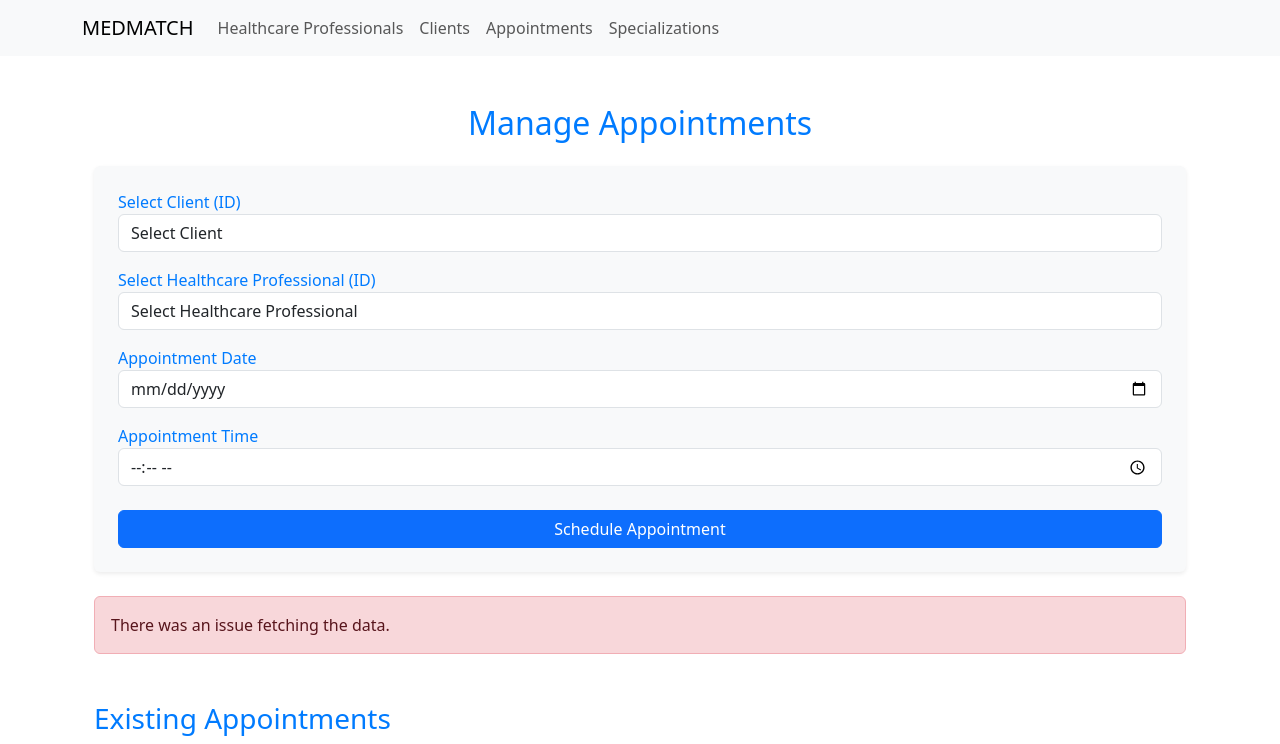
Repository: fahma20/medmatch-platform
Page: /appointments (app in client/)
These files come from the project's save history. The page is drawn as it stood at one moment and after the next save; the edit follows.
The browser window is 1280 px wide. The pictures show the whole page.
The page's requests for data from a server got no answer. The project was rebuilt for these pictures with package versions that can differ from the ones it lists, and the page was loaded fresh each time. No one was signed in, and anything a server would have sent is missing. Also part of the build but not shown: client/src/components/Healthcareprofessionals.js, client/src/components/Specializations.js, client/src/components/Clients.js, client/src/components/Homepage.js.

Above is the page before, as saved 2025-01-31 09:29:14.

### client/src/index.js
import React from "react";
import ReactDOM from "react-dom";
import App from './components/App';  // Correct path to the App component


ReactDOM.render(
  <React.StrictMode>
    <App />
  </React.StrictMode>,
  document.getElementById("root")
);

### client/src/components/App.js
import React from 'react';
import { BrowserRouter as Router, Routes, Route } from 'react-router-dom';
import 'bootstrap/dist/css/bootstrap.min.css';

import HealthcareProfessionals from './Healthcareprofessionals'; // Ensure the correct name and casing
import Specializations from './Specializations';
import Appointments from './Appointments';
import Clients from './Clients';
import Navbar from './Navbar';
import HomePage from './Homepage'; // Corrected import to HomePage

const App = () => {
  return (
    <Router>
      <Navbar /> {/* Your Navbar component */}
      <div className="container mt-5">
        <Routes>
          {/* Add HomePage as the route for the root path */}
          <Route path="/" element={<HomePage />} /> {/* Home Page */}
          <Route path="/clients" element={<Clients />} />
          <Route path="/appointments" element={<Appointments />} />
          <Route path="/specializations" element={<Specializations />} />
          <Route path="/healthcare-professionals" element={<HealthcareProfessionals />} /> {/* Healthcare Professionals Page */}
        </Routes>
      </div>
    </Router>
  );
};

export default App;

### client/src/components/Appointments.js

/*
import React, { useState, useEffect } from 'react';
import { Formik, Field, Form, ErrorMessage } from 'formik';
import * as Yup from 'yup';

const Appointments = () => {
  const [appointments, setAppointments] = useState([]);

  // Fetch appointments
  useEffect(() => {
    const fetchAppointments = async () => {
      try {
        const response = await fetch('http://127.0.0.1:5000/api/appointments');
        const data = await response.json();
        setAppointments(data);
      } catch (error) {
        console.error('Error fetching appointments:', error);
      }
    };
    fetchAppointments();
  }, []);

  // Validation schema for creating/editing appointment
  const validationSchema = Yup.object({
    clientId: Yup.number().required('Client ID is required'),
    doctorId: Yup.number().required('Doctor ID is required'),
    appointmentDate: Yup.date().required('Appointment date is required'),
  });

  // Handle form submission (create new appointment)
  const handleSubmit = async (values, { resetForm }) => {
    try {
      const response = await fetch('http://127.0.0.1:5000/api/appointments', {
        method: 'POST',
        headers: {
          'Content-Type': 'application/json',
        },
        body: JSON.stringify(values),
      });

      if (!response.ok) {
        console.error('Error adding appointment:', response);
        return;
      }

      const newAppointment = await response.json();
      setAppointments((prevAppointments) => [...prevAppointments, newAppointment]);
      resetForm();
    } catch (error) {
      console.error('Error adding appointment:', error);
    }
  };

  // Handle deleting an appointment
  const handleDelete = async (id) => {
    try {
      const response = await fetch(`http://127.0.0.1:5000/api/appointments/${id}`, {
        method: 'DELETE',
      });

      if (!response.ok) {
        console.error('Error deleting appointment:', response);
        return;
      }

      setAppointments((prevAppointments) =>
        prevAppointments.filter((appointment) => appointment.id !== id)
      );
    } catch (error) {
      console.error('Error deleting appointment:', error);
    }
  };

  return (
    <div>
      <h2>Appointments</h2>

      <Formik
        initialValues={{
          clientId: '',
          doctorId: '',
          appointmentDate: '',
        }}
        validationSchema={validationSchema}
        onSubmit={handleSubmit}
      >
        <Form>
          <div className="form-group">
            <label htmlFor="clientId">Client ID</label>
            <Field
              type="number"
              id="clientId"
              name="clientId"
              className="form-control"
            />
            <ErrorMessage name="clientId" component="div" className="text-danger" />
          </div>

          <div className="form-group">
            <label htmlFor="doctorId">Doctor ID</label>
            <Field
              type="number"
              id="doctorId"
              name="doctorId"
              className="form-control"
            />
            <ErrorMessage name="doctorId" component="div" className="text-danger" />
          </div>

          <div className="form-group">
            <label htmlFor="appointmentDate">Appointment Date</label>
            <Field
              type="date"
              id="appointmentDate"
              name="appointmentDate"
              className="form-control"
            />
            <ErrorMessage name="appointmentDate" component="div" className="text-danger" />
          </div>

          <button type="submit" className="btn btn-primary">Add Appointment</button>
        </Form>
      </Formik>

      <div className="mt-4">
        <h3>Appointments List</h3>
        {appointments.length === 0 ? (
          <p>No appointments available.</p>
        ) : (
          appointments.map((appointment) => (
            <div key={appointment.id} className="card mb-3">
              <div className="card-body">
                <h5 className="card-title">Appointment ID: {appointment.id}</h5>
                <p className="card-text">
                  <strong>Client ID:</strong> {appointment.clientId}
                </p>
                <p className="card-text">
                  <strong>Doctor ID:</strong> {appointment.doctorId}
                </p>
                <p className="card-text">
                  <strong>Date:</strong> {new Date(appointment.appointmentDate).toLocaleDateString()}
                </p>
                <button
                  className="btn btn-danger"
                  onClick={() => handleDelete(appointment.id)}
                >
                  Delete
                </button>
              </div>
            </div>
          ))
        )}
      </div>
    </div>
  );
};

export default Appointments;
*/
import React, { useState, useEffect } from 'react';
import 'bootstrap/dist/css/bootstrap.min.css';

const Appointments = () => {
  const [appointments, setAppointments] = useState([]);
  const [clients, setClients] = useState([]);
  const [professionals, setProfessionals] = useState([]);
  const [appointmentDate, setAppointmentDate] = useState('');
  const [appointmentTime, setAppointmentTime] = useState('');
  const [clientId, setClientId] = useState('');
  const [professionalId, setProfessionalId] = useState('');
  const [message, setMessage] = useState('');
  const [errorMessage, setErrorMessage] = useState('');

  // Fetch existing appointments, clients, and healthcare professionals
  useEffect(() => {
    const fetchData = async () => {
      try {
        const [appointmentsResponse, clientsResponse, professionalsResponse] = await Promise.all([
          fetch('http://127.0.0.1:5000/api/appointments'),
          fetch('http://127.0.0.1:5000/api/clients'),
          fetch('http://127.0.0.1:5000/api/healthcare_professionals'),
        ]);

        const [appointmentsData, clientsData, professionalsData] = await Promise.all([
          appointmentsResponse.json(),
          clientsResponse.json(),
          professionalsResponse.json(),
        ]);

        setAppointments(appointmentsData);
        setClients(clientsData);
        setProfessionals(professionalsData);
      } catch (error) {
        console.error("Error fetching data:", error);
        setErrorMessage('There was an issue fetching the data.');
      }
    };

    fetchData();
  }, []);

  // Handle appointment submission (Create appointment)
  const handleSubmit = async (e) => {
    e.preventDefault();

    const newAppointment = {
      client_id: clientId,
      healthcare_professional_id: professionalId,
      date: appointmentDate,
      time: appointmentTime,
    };

    try {
      const response = await fetch('http://127.0.0.1:5000/api/appointments', {
        method: 'POST',
        headers: {
          'Content-Type': 'application/json',
        },
        body: JSON.stringify(newAppointment),
      });

      if (response.ok) {
        const result = await response.json();
        // Add the new appointment to the state without refreshing
        setAppointments((prevAppointments) => [...prevAppointments, result]);
        setMessage('Appointment scheduled successfully!');
        resetForm();
      } else {
        setErrorMessage('Error creating appointment.');
      }
    } catch (error) {
      setErrorMessage('Error connecting to the server.');
    }
  };

  // Handle appointment deletion
  const handleDelete = async (id) => {
    try {
      const response = await fetch(`http://127.0.0.1:5000/api/appointments/${id}`, {
        method: 'DELETE',
      });

      if (response.ok) {
        setAppointments((prevAppointments) => prevAppointments.filter((appointment) => appointment.id !== id));
        setMessage('Appointment deleted successfully!');
      } else {
        setErrorMessage('Error deleting appointment.');
      }
    } catch (error) {
      setErrorMessage('Error connecting to the server.');
    }
  };

  // Reset form fields
  const resetForm = () => {
    setAppointmentDate('');
    setAppointmentTime('');
    setClientId('');
    setProfessionalId('');
  };

  return (
    <div className="container mt-4">
      <h2 className="text-center mb-4" style={{ color: '#007bff' }}>Manage Appointments</h2>

      {/* Appointment creation form */}
      <form onSubmit={handleSubmit} className="bg-light p-4 rounded shadow-sm">
        <div className="form-group">
          <label className="font-weight-bold" style={{ color: '#007bff' }}>Select Client (ID)</label>
          <select
            className="form-control"
            value={clientId}
            onChange={(e) => setClientId(e.target.value)}
          >
            <option value="">Select Client</option>
            {clients.map((client) => (
              <option key={client.id} value={client.id}>
                {client.id} - {client.name}
              </option>
            ))}
          </select>
        </div>

        <div className="form-group mt-3">
          <label className="font-weight-bold" style={{ color: '#007bff' }}>Select Healthcare Professional (ID)</label>
          <select
            className="form-control"
            value={professionalId}
            onChange={(e) => setProfessionalId(e.target.value)}
          >
            <option value="">Select Healthcare Professional</option>
            {professionals.map((professional) => (
              <option key={professional.id} value={professional.id}>
                {professional.id} - {professional.name}
              </option>
            ))}
          </select>
        </div>

        <div className="form-group mt-3">
          <label className="font-weight-bold" style={{ color: '#007bff' }}>Appointment Date</label>
          <input
            type="date"
            className="form-control"
            value={appointmentDate}
            onChange={(e) => setAppointmentDate(e.target.value)}
            required
          />
        </div>

        <div className="form-group mt-3">
          <label className="font-weight-bold" style={{ color: '#007bff' }}>Appointment Time</label>
          <input
            type="time"
            className="form-control"
            value={appointmentTime}
            onChange={(e) => setAppointmentTime(e.target.value)}
            required
          />
        </div>

        <button type="submit" className="btn btn-primary mt-4 w-100">
          Schedule Appointment
        </button>
      </form>

      {/* Display success/error message */}
      {message && <div className="mt-4 alert alert-success">{message}</div>}
      {errorMessage && <div className="mt-4 alert alert-danger">{errorMessage}</div>}

      {/* List of appointments */}
      <h3 className="mt-5" style={{ color: '#007bff' }}>Existing Appointments</h3>
      <div className="list-group">
        {appointments.map((appointment) => (
          <div key={appointment.id} className="list-group-item d-flex justify-content-between align-items-center mb-2">
            <div>
              <h5>Client ID: {appointment.client_id} with Healthcare Professional ID: {appointment.healthcare_professional_id}</h5>
              <p>Date: {appointment.date} at {appointment.time}</p>
            </div>
            <button
              className="btn btn-danger"
              onClick={() => handleDelete(appointment.id)}
            >
              Delete
            </button>
          </div>
        ))}
      </div>
    </div>
  );
};

export default Appointments;

### client/src/components/Navbar.js
/*import React from 'react';
import { Link } from 'react-router-dom';

const Navbar = () => {
  return (
    <nav className="navbar navbar-expand-lg navbar-light bg-light">
      <a className="navbar-brand" href="/">MedMatch</a>
      <div className="collapse navbar-collapse">
        <ul className="navbar-nav ml-auto">
          <li className="nav-item">
            <Link className="nav-link" to="/">Healthcare Professionals</Link>
          </li>
          <li className="nav-item">
            <Link className="nav-link" to="/clients">Clients</Link>
          </li>
          <li className="nav-item">
            <Link className="nav-link" to="/appointments">Appointments</Link>
          </li>
        </ul>
      </div>
    </nav>
  );
};

export default Navbar;
*/

// Navbar.js
import React from 'react';
import { Link } from 'react-router-dom';

const Navbar = () => {
  return (
    <nav className="navbar navbar-expand-lg navbar-light bg-light">
      <div className="container">
        <Link className="navbar-brand" to="/">MEDMATCH</Link>
        <button
          className="navbar-toggler"
          type="button"
          data-bs-toggle="collapse"
          data-bs-target="#navbarNav"
          aria-controls="navbarNav"
          aria-expanded="false"
          aria-label="Toggle navigation"
        >
          <span className="navbar-toggler-icon"></span>
        </button>
        <div className="collapse navbar-collapse" id="navbarNav">
          <ul className="navbar-nav">
            <li className="nav-item">
              <Link className="nav-link" to="/healthcare-professionals">Healthcare Professionals</Link>
            </li>
            <li className="nav-item">
              <Link className="nav-link" to="/clients">Clients</Link>
            </li>
            <li className="nav-item">
              <Link className="nav-link" to="/appointments">Appointments</Link>
            </li>
            <li className="nav-item">
              <Link className="nav-link" to="/specializations">Specializations</Link>
            </li>
          </ul>
        </div>
      </div>
    </nav>
  );
};

export default Navbar;

Loaded but not shown: client/public/index.html (common file)

After the next save:
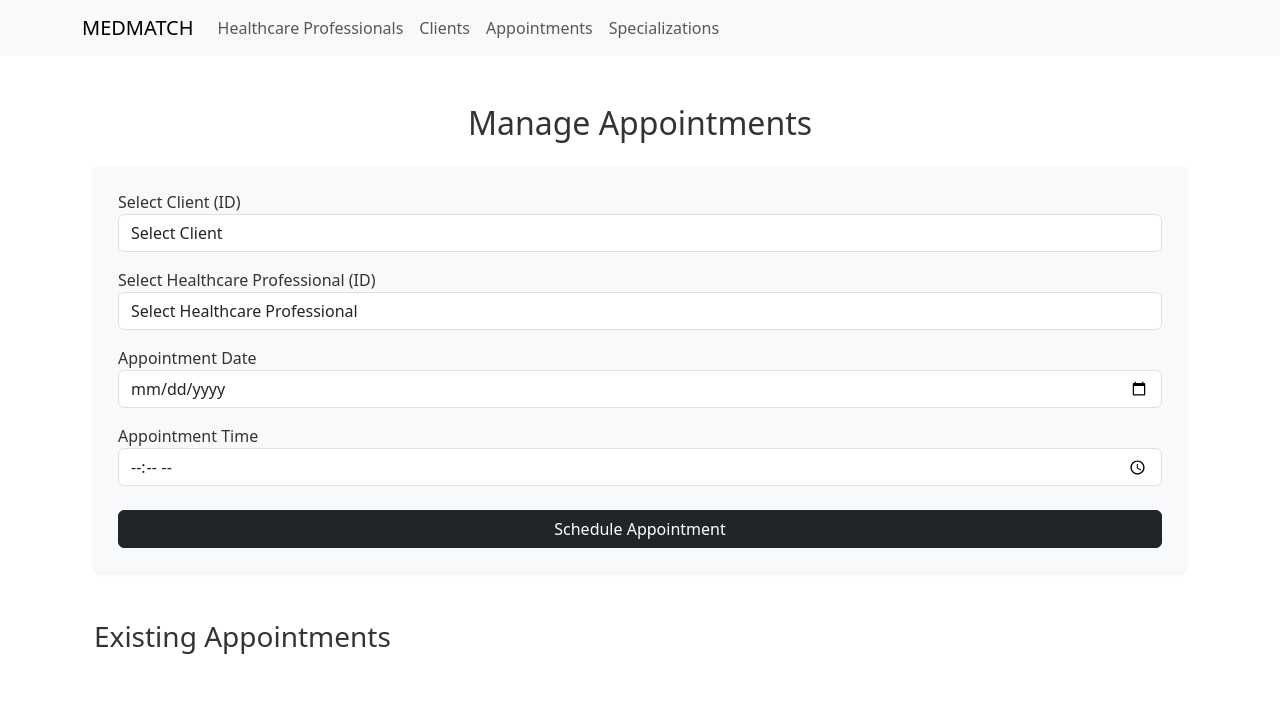
Saved 3 min 39 s later.
--- a/client/src/components/Appointments.js
+++ b/client/src/components/Appointments.js
@@ -170,7 +170,6 @@ const Appointments = () => {
   const [clientId, setClientId] = useState('');
   const [professionalId, setProfessionalId] = useState('');
   const [message, setMessage] = useState('');
-  const [errorMessage, setErrorMessage] = useState('');
 
   // Fetch existing appointments, clients, and healthcare professionals
   useEffect(() => {
@@ -193,7 +192,6 @@ const Appointments = () => {
         setProfessionals(professionalsData);
       } catch (error) {
         console.error("Error fetching data:", error);
-        setErrorMessage('There was an issue fetching the data.');
       }
     };
 
@@ -227,10 +225,10 @@ const Appointments = () => {
         setMessage('Appointment scheduled successfully!');
         resetForm();
       } else {
-        setErrorMessage('Error creating appointment.');
+        setMessage('There was an issue scheduling the appointment.');
       }
     } catch (error) {
-      setErrorMessage('Error connecting to the server.');
+      setMessage('Error connecting to the server.');
     }
   };
 
@@ -245,10 +243,10 @@ const Appointments = () => {
         setAppointments((prevAppointments) => prevAppointments.filter((appointment) => appointment.id !== id));
         setMessage('Appointment deleted successfully!');
       } else {
-        setErrorMessage('Error deleting appointment.');
+        setMessage('Error deleting appointment.');
       }
     } catch (error) {
-      setErrorMessage('Error connecting to the server.');
+      setMessage('Error connecting to the server.');
     }
   };
 
@@ -262,12 +260,12 @@ const Appointments = () => {
 
   return (
     <div className="container mt-4">
-      <h2 className="text-center mb-4" style={{ color: '#007bff' }}>Manage Appointments</h2>
+      <h2 className="text-center mb-4" style={{ color: '#333' }}>Manage Appointments</h2>
 
       {/* Appointment creation form */}
-      <form onSubmit={handleSubmit} className="bg-light p-4 rounded shadow-sm">
+      <form onSubmit={handleSubmit} className="bg-light p-4 rounded shadow-sm" style={{ backgroundColor: '#f1f5f9' }}>
         <div className="form-group">
-          <label className="font-weight-bold" style={{ color: '#007bff' }}>Select Client (ID)</label>
+          <label className="font-weight-bold" style={{ color: '#333' }}>Select Client (ID)</label>
           <select
             className="form-control"
             value={clientId}
@@ -283,7 +281,7 @@ const Appointments = () => {
         </div>
 
         <div className="form-group mt-3">
-          <label className="font-weight-bold" style={{ color: '#007bff' }}>Select Healthcare Professional (ID)</label>
+          <label className="font-weight-bold" style={{ color: '#333' }}>Select Healthcare Professional (ID)</label>
           <select
             className="form-control"
             value={professionalId}
@@ -299,7 +297,7 @@ const Appointments = () => {
         </div>
 
         <div className="form-group mt-3">
-          <label className="font-weight-bold" style={{ color: '#007bff' }}>Appointment Date</label>
+          <label className="font-weight-bold" style={{ color: '#333' }}>Appointment Date</label>
           <input
             type="date"
             className="form-control"
@@ -310,7 +308,7 @@ const Appointments = () => {
         </div>
 
         <div className="form-group mt-3">
-          <label className="font-weight-bold" style={{ color: '#007bff' }}>Appointment Time</label>
+          <label className="font-weight-bold" style={{ color: '#333' }}>Appointment Time</label>
           <input
             type="time"
             className="form-control"
@@ -320,17 +318,16 @@ const Appointments = () => {
           />
         </div>
 
-        <button type="submit" className="btn btn-primary mt-4 w-100">
+        <button type="submit" className="btn btn-dark mt-4 w-100">
           Schedule Appointment
         </button>
       </form>
 
-      {/* Display success/error message */}
+      {/* Display success message */}
       {message && <div className="mt-4 alert alert-success">{message}</div>}
-      {errorMessage && <div className="mt-4 alert alert-danger">{errorMessage}</div>}
 
       {/* List of appointments */}
-      <h3 className="mt-5" style={{ color: '#007bff' }}>Existing Appointments</h3>
+      <h3 className="mt-5" style={{ color: '#333' }}>Existing Appointments</h3>
       <div className="list-group">
         {appointments.map((appointment) => (
           <div key={appointment.id} className="list-group-item d-flex justify-content-between align-items-center mb-2">
@@ -339,7 +336,7 @@ const Appointments = () => {
               <p>Date: {appointment.date} at {appointment.time}</p>
             </div>
             <button
-              className="btn btn-danger"
+              className="btn btn-outline-dark"
               onClick={() => handleDelete(appointment.id)}
             >
               Delete
